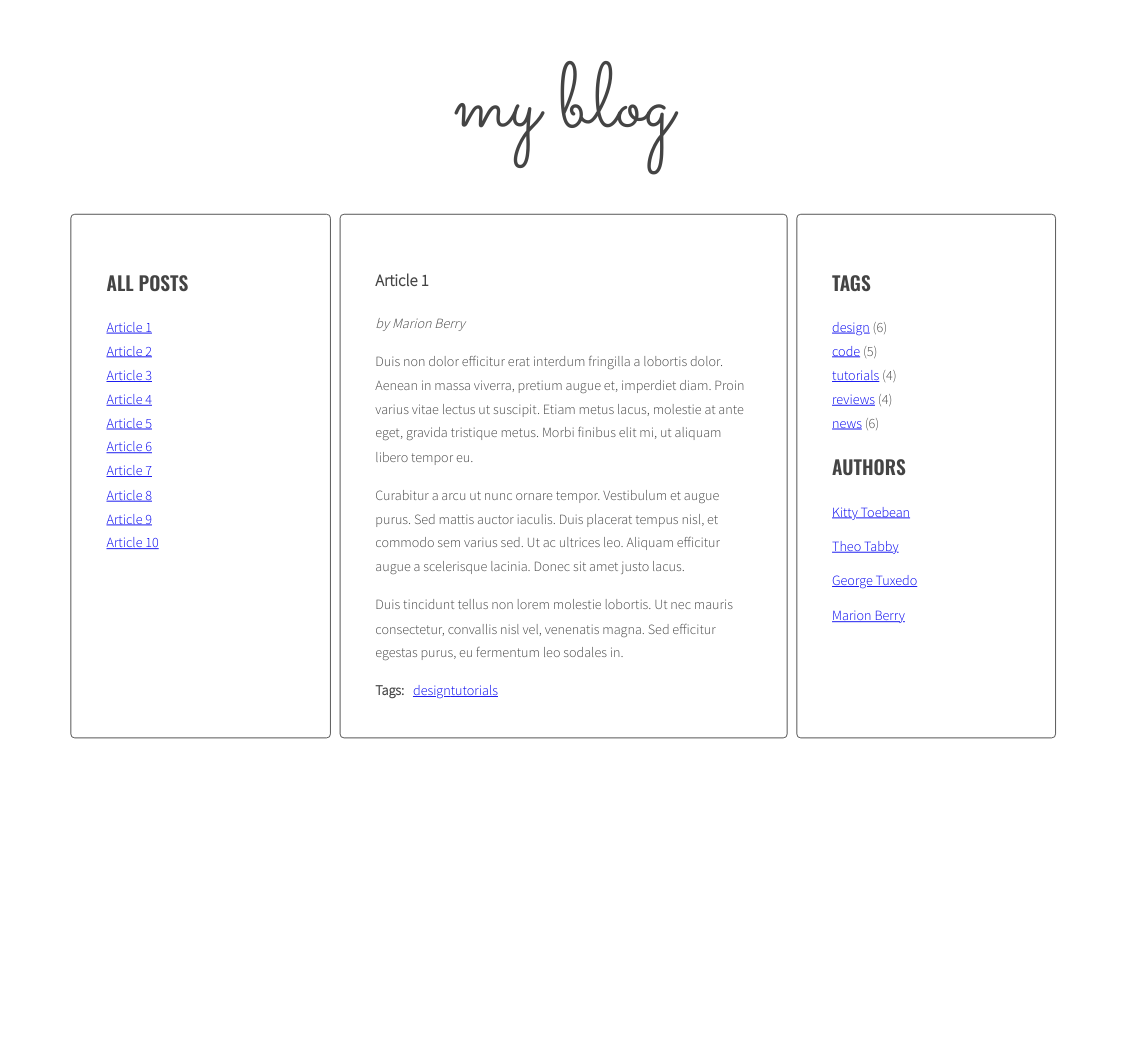
Repository: ulasup/javascript-blog
Page: index.html
These files come from the project's save history. The page is drawn as it stood at one moment and after the next save; the edit follows.
The browser window is 1280 px wide. The pictures show the whole page, at 88% of full size.
The style sheet was rebuilt from its Sass, Less or Tailwind sources for each picture, by a compiler version that may differ from the author's.

Above is the page before, as saved 2020-12-19 13:50:25.

### index.html
<!DOCTYPE html>
<html  lang="en">
    <head>
        <meta charset="UTF-8">
        <title>Film blog</title>
        <link rel="stylesheet" href="css/style.css">
    </head>
    <body>
        <div class="blog">
            <div class="container">
              <h1 class="logo">my blog</h1>
              <main class="wrapper">
                <aside class="sidebar">
                  <h2 class="section-title">All posts</h2>
                  <ul class="list titles">
                  </ul>
                </aside>
                <section class="posts">
                  <article class="post active" id="article-1" data-tags="design tutorials">
                    <h3 class="post-title">Article 1</h3>
                    <p class="post-author">by Marion Berry</p>
                    <div class="post-content">
                      <p>Duis non dolor efficitur erat interdum fringilla a lobortis dolor. Aenean in massa viverra, pretium augue et, imperdiet diam. Proin varius vitae lectus ut suscipit. Etiam metus lacus, molestie at ante eget, gravida tristique metus. Morbi finibus elit mi, ut aliquam libero tempor eu.</p>
                      <p>Curabitur a arcu ut nunc ornare tempor. Vestibulum et augue purus. Sed mattis auctor iaculis. Duis placerat tempus nisl, et commodo sem varius sed. Ut ac ultrices leo. Aliquam efficitur augue a scelerisque lacinia. Donec sit amet justo lacus.</p>
                      <p>Duis tincidunt tellus non lorem molestie lobortis. Ut nec mauris consectetur, convallis nisl vel, venenatis magna. Sed efficitur egestas purus, eu fermentum leo sodales in.</p>
                    </div>
                    <div class="post-tags">
                      <p><strong>Tags:</strong></p>
                      <ul class="list list-horizontal">
                      </ul>
                    </div>
                  </article>
                  <article class="post" id="article-2" data-tags="news code">
                    <h3 class="post-title">Article 2</h3>
                    <p class="post-author">by Theo Tabby</p>
                    <div class="post-content">
                      <p>Phasellus sollicitudin, arcu vel iaculis ullamcorper, quam leo viverra orci, et faucibus quam sapien vel est. Maecenas ac suscipit elit. Nullam interdum, lorem vitae venenatis pulvinar, ex dui malesuada nunc, tempus cursus enim metus vel nulla.</p>
                      <p>Integer hendrerit, eros id efficitur dapibus, ante arcu ullamcorper orci, a iaculis felis turpis at purus. Quisque sodales posuere sapien vel consectetur. Duis dui urna, commodo non ante nec, mattis dictum enim. Donec aliquam erat sed diam lobortis, vel gravida lacus laoreet. Phasellus pretium maximus mi, eu posuere justo suscipit vel.</p>
                      <p>Nam magna nisl, varius in malesuada vitae, facilisis vel metus. Proin rhoncus euismod leo dictum lobortis. Suspendisse non ante sapien.</p>
                    </div>
                    <div class="post-tags">
                      <p><strong>Tags:</strong></p>
                      <ul class="list list-horizontal">
                      </ul>
                    </div>
                  </article>
                  <article class="post" id="article-3" data-tags="news reviews design">
                    <h3 class="post-title">Article 3</h3>
                    <p class="post-author">by George Tuxedo</p>
                    <div class="post-content">
                      <p>Mauris vel pellentesque turpis, ac sodales nisl. Quisque iaculis mi velit, ut convallis tellus accumsan a. Quisque iaculis, nisi et dignissim tincidunt, nisl eros euismod nulla, finibus laoreet erat enim posuere elit.</p>
                      <p>Aenean at semper urna. Duis vel sapien molestie, egestas diam consequat, molestie nulla. Praesent a malesuada metus. Praesent et tempus leo.</p>
                      <p>Mauris in eleifend neque, vitae eleifend velit. Maecenas purus est, bibendum eget imperdiet id, dictum sed ante. Aenean a magna et eros sagittis aliquet.</p>
                    </div>
                    <div class="post-tags">
                      <p><strong>Tags:</strong></p>
                      <ul class="list list-horizontal">
                      </ul>
                    </div>
                  </article>
                  <article class="post" id="article-4" data-tags="tutorials code design">
                    <h3 class="post-title">Article 4</h3>
                    <p class="post-author">by Kitty Toebean</p>
                    <div class="post-content">
                      <p>Morbi vel cursus nulla, vel varius mauris. Suspendisse sed elit sit amet risus faucibus vestibulum ut sit amet purus. Donec orci est, condimentum ut quam quis, scelerisque fringilla ligula.</p>
                      <p>Quisque bibendum nisl id quam sagittis, id pretium dolor scelerisque. Suspendisse non odio nec velit dapibus placerat non a libero.</p>
                      <p>Vivamus at tristique ex, feugiat sagittis ex. Cras cursus, ipsum et efficitur commodo, urna sapien rutrum magna, quis sodales justo ligula eget nunc. In hac habitasse platea dictumst.</p>
                    </div>
                    <div class="post-tags">
                      <p><strong>Tags:</strong></p>
                      <ul class="list list-horizontal">
                      </ul>
                    </div>
                  </article>
                  <article class="post" id="article-5" data-tags="design reviews">
                    <h3 class="post-title">Article 5</h3>
                    <p class="post-author">by Marion Berry</p>
                    <div class="post-content">
                      <p>Suspendisse sem eros, euismod condimentum arcu ac, consequat fermentum orci. Nam convallis lacus nec interdum vestibulum. Vestibulum luctus, quam eu tristique ornare, lorem nibh sodales enim, vitae tempor dolor ante vitae tortor.</p>
                      <p>Duis venenatis metus quis luctus lobortis. In porttitor ipsum eget ligula aliquam ornare. Cras malesuada urna id volutpat sodales.</p>
                      <p>Donec lobortis ultricies turpis, eu viverra magna gravida quis. Fusce sit amet pretium nulla. Duis rutrum metus vel libero sodales, pellentesque varius ex pulvinar.</p>
                    </div>
                    <div class="post-tags">
                      <p><strong>Tags:</strong></p>
                      <ul class="list list-horizontal">
                      </ul>
                    </div>
                  </article>
                  <article class="post" id="article-6" data-tags="reviews code">
                    <h3 class="post-title">Article 6</h3>
                    <p class="post-author">by George Tuxedo</p>
                    <div class="post-content">
                      <p>Donec posuere iaculis ante sed hendrerit. Lorem ipsum dolor sit amet, consectetur adipiscing elit. Quisque hendrerit neque nec urna tincidunt, quis vehicula dui vulputate. Morbi est sapien, auctor ut lectus eu, placerat viverra lorem.</p>
                      <p>Cras consectetur at erat id accumsan. Suspendisse lacinia in nulla quis vulputate. Nunc vitae consectetur augue. Nam ut vehicula mi. Aliquam tristique, purus in hendrerit porta, elit lectus finibus mi, vel malesuada nisl lectus a libero.</p>
                      <p>Nam quis efficitur ante. Sed eget purus quis ex commodo porta eu sit amet dolor. Mauris tellus nisl, dictum nec est vitae, condimentum ornare ante. Fusce ornare hendrerit maximus. In maximus rhoncus justo.</p>
                    </div>
                    <div class="post-tags">
                      <p><strong>Tags:</strong></p>
                      <ul class="list list-horizontal">
                      </ul>
                    </div>
                  </article>
                  <article class="post" id="article-7" data-tags="code news">
                    <h3 class="post-title">Article 7</h3>
                    <p class="post-author">by Kitty Toebean</p>
                    <div class="post-content">
                      <p>Donec eleifend mauris ac nisl fermentum, ac fermentum turpis dignissim. Aliquam diam nisl, imperdiet a varius eget, lobortis sed nisi. Nullam suscipit ipsum sed magna blandit, sed pellentesque urna malesuada.</p>
                      <p>Duis vestibulum arcu et lectus viverra porta. Praesent tempor lacus eget quam mattis, sit amet venenatis diam ultrices. Morbi gravida sapien quis ligula tincidunt, vel sagittis erat ultrices.</p>
                      <p>Ut orci tellus, laoreet ac diam ut, tempus bibendum nisi. Nam egestas sagittis nibh. Curabitur tristique dui quis egestas pretium. Duis eu felis orci.</p>
                    </div>
                    <div class="post-tags">
                      <p><strong>Tags:</strong></p>
                      <ul class="list list-horizontal">
                      </ul>
                    </div>
                  </article>
                  <article class="post" id="article-8" data-tags="news design tutorials">
                    <h3 class="post-title">Article 8</h3>
                    <p class="post-author">by Theo Tabby</p>
                    <div class="post-content">
                      <p>Praesent quis imperdiet erat. Curabitur tempor sapien a interdum malesuada. Proin libero erat, sagittis a sollicitudin eget, pulvinar nec risus. Cras et suscipit sem.</p>
                      <p>Maecenas consequat diam nec sollicitudin congue. Aenean porttitor porttitor quam, condimentum interdum metus congue sed. Donec at nulla ipsum.</p>
                      <p>Mauris non congue dui. Aenean ac eros vitae massa vulputate aliquet ut ac elit. Morbi iaculis auctor nunc aliquet luctus. Nunc tincidunt sem dui, quis interdum leo pellentesque eget. Fusce id leo varius, imperdiet nunc vitae, tristique mi. Mauris quis interdum justo. Mauris auctor purus eu leo faucibus feugiat. Nulla at odio vitae leo semper blandit.</p>
                    </div>
                    <div class="post-tags">
                      <p><strong>Tags:</strong></p>
                      <ul class="list list-horizontal">
                      </ul>
                    </div>
                  </article>
                  <article class="post" id="article-9" data-tags="news tutorials">
                    <h3 class="post-title">Article 9</h3>
                    <p class="post-author">by Marion Berry</p>
                    <div class="post-content">
                      <p>Tam et facilisis purus. Donec vulputate est quis lobortis posuere. Nunc vitae lorem ut odio faucibus pulvinar nec in justo. Ut ut ante ac tellus ornare tempus. Nunc maximus, tortor et dictum convallis, nunc libero posuere leo, scelerisque ultrices arcu sapien ut tellus.</p>
                      <p>Fusce lacinia augue massa, non tincidunt tortor auctor quis. Vestibulum ut pretium nisl. Etiam id tellus tempus, commodo ligula vehicula, porta magna.</p>
                      <p>Donec fringilla blandit dolor vel aliquet. Fusce tortor sapien, lobortis eu vehicula sit amet, dignissim et lectus. In ullamcorper metus vel massa fermentum, at fermentum dui sollicitudin. Nullam lacinia elit vel tortor ullamcorper pulvinar.</p>
                    </div>
                    <div class="post-tags">
                      <p><strong>Tags:</strong></p>
                      <ul class="list list-horizontal">
                      </ul>
                    </div>
                  </article>
                  <article class="post" id="article-10" data-tags="code design news reviews">
                    <h3 class="post-title">Article 10</h3>
                    <p class="post-author">by George Tuxedo</p>
                    <div class="post-content">
                      <p>Aliquam erat volutpat. Ut non eleifend lectus. Donec suscipit tellus tempor, ornare dui id, hendrerit neque. Phasellus lacinia laoreet dui in luctus. Sed hendrerit, magna sit amet varius tempor, augue augue scelerisque est, non scelerisque mauris libero eu sapien.</p>
                      <p>Sed at sapien in quam sollicitudin aliquam. In interdum metus a mi porttitor luctus. Sed commodo, arcu id lacinia posuere, felis elit pharetra urna, at feugiat est orci sit amet libero. Quisque in nisl est. Nullam vehicula at lectus non luctus. Cras aliquam neque magna, at varius nisi egestas ut.</p>
                      <p>Rhoncus purus nulla, non auctor lacus placerat ut. Aliquam condimentum eget magna ac gravida. Etiam egestas faucibus urna et finibus. Cras vel tellus vel magna suscipit euismod. Maecenas id arcu ante. Duis iaculis scelerisque erat, at ullamcorper arcu consectetur eu. Fusce aliquam diam at arcu pharetra, vel fermentum nunc lobortis.</p>
                    </div>
                    <div class="post-tags">
                      <p><strong>Tags:</strong></p>
                      <ul class="list list-horizontal">
                      </ul>
                    </div>
                  </article>
                </section>
                <aside class="sidebar">
                  <h2 class="section-title">Tags</h2>
                  <ul class="list tags">
                    <li><a href="#">design</a> <span>(6)</span></li>
                    <li><a href="#">code</a> <span>(5)</span></li>
                    <li><a href="#">tutorials</a> <span>(4)</span></li>
                    <li><a href="#">reviews</a> <span>(4)</span></li>
                    <li><a href="#">news</a> <span>(6)</span></li>
                  </ul>
                  <h2 class="section-title">Authors</h2>
                  <ul class="list authors">
                    <li>
                      <a href="#">
                        <span class="author-name">Kitty Toebean</span>
                      </a>
                    </li>
                    <li>
                      <a href="#">
                        <span class="author-name">Theo Tabby</span>
                      </a>
                    </li>
                    <li>
                      <a href="#">
                        <span class="author-name">George Tuxedo</span>
                      </a>
                    </li>
                    <li>
                      <a href="#">
                        <span class="author-name">Marion Berry</span>
                      </a>
                    </li>
                  </ul>
                </aside>
              </main>
            </div>
          </div>
    <script src="js/script.js"></script>
    </body>
</html>

### js/script.js
'use strict';

function titleClickHandler(event){
  event.preventDefault();

  const activeLinks = document.querySelectorAll('.titles a.active');
  for(let activeLink of activeLinks){
    activeLink.classList.remove('active');
  }

  const clickedElement = this;
  clickedElement.classList.add('active');

  const activeArticles = document.querySelectorAll('.post.active');
  for(let activeArticle of activeArticles){
    activeArticle.classList.remove('active');
  }

  const attribute = clickedElement.getAttribute('href');
  const clickedArticles = document.querySelectorAll(attribute);
  for(let clickedArticle of clickedArticles){
    clickedArticle.classList.add('active');
  }
}

const optArticleSelector = '.post',
  optTitleSelector = '.post-title',
  optTitleListSelector = '.titles',
  optArticleTagsSelector = '.post-tags .list';

function generateTitleLinks(){

  const titleList = document.querySelector(optTitleListSelector);
  titleList.innerHTML = '';

  const articles = document.querySelectorAll(optArticleSelector);
  let html = '';
  for (let article of articles){
    const articleId = article.getAttribute('id');
    const articleTitle = article.querySelector(optTitleSelector).innerHTML;
    const linkHTML = '<li><a href="#' + articleId + '"><span>' + articleTitle + '</span></a></li>';
    html = html + linkHTML;
  }
  titleList.innerHTML = html;

  const links = document.querySelectorAll('.titles a');
  for(let link of links){
    link.addEventListener('click', titleClickHandler);
  }
}

generateTitleLinks();


function generateTags(){
  const articles = document.querySelectorAll(optArticleSelector);
  for (let article of articles){
    const tagList = article.querySelector(optArticleTagsSelector);
    let html = '';
    const articleTags = article.getAttribute('data-tags');
    const articleTagsArray = articleTags.split(' ');
    for (let tag of articleTagsArray){
      const linkHTML = '<li><a href="#tag-' + tag + '"><span>' + tag + '</span></a></li>';
      html = html + linkHTML;
    }
    tagList.innerHTML = html;
  }
}

generateTags();

### sass/style.scss
@import url('https://fonts.googleapis.com/css?family=Oswald:400,600|Sacramento|Source+Sans+Pro:300&subset=latin-ext');

/* Variables */

$color-light: #fff;
$color-dark: #444;

$font-logo: 'Sacramento', cursive;
$font-header: 'Oswald', sans-serif;
$font-text: 'Source Sans Pro', sans-serif;

/* Global */

*, *::before, *::after {
  box-sizing: border-box;
}

body {
  background: $color-light;
  font-family: $font-text;
  color: $color-dark;
  font-weight: 300;
  font-size: 16px;
  line-height: 1.7;
}

.container {
  max-width: 1140px;
  margin: 0 auto;
}

.section-title {
  font-size: 22px;
  text-transform: uppercase;
  font-family: $font-header;
  font-weight: 600;

  span {
    text-transform: none;
    font-weight: 400;
    color: lighten($color-dark, 20%);
  }
}

/* Layout */

.wrapper {
  display: flex;
  margin-left: 10px;
}

.sidebar {
  flex: 1 0 0;
}

.posts {
  flex: 2 0 0;
}

.sidebar, .posts {
  background: $color-light;
  margin-right: 10px;
  padding: 40px;
  border: 1px solid $color-dark;
  border-radius: 5px;
}

/* Logo */

.logo {
  font-family: $font-logo;
  font-weight: 400;
  font-size: 104px;
  line-height: 1;
  text-align: center;
}

/* Lists */

.list {
  list-style-type: none;
  margin: 0;
  padding: 0;

  .active {
    font-weight: bold;
  }
}

.list-horizontal {
  li {
    display: inline-block;
  }
}

/* Authors */

.authors {
  li {
    margin-bottom: 12px;
  }
}

/* Post */

.post {
  z-index: 1;
  position: absolute;
  opacity: 0;

  &.active {
    z-index: 2;
    position: relative;
    opacity: 1;
    transition: opacity 1s;
  }
}

.post-author {
  font-style: italic;
}

.post-tags {
  display: flex;

  p {
    margin: 0 10px 0 0;
  }
}

After the next save:
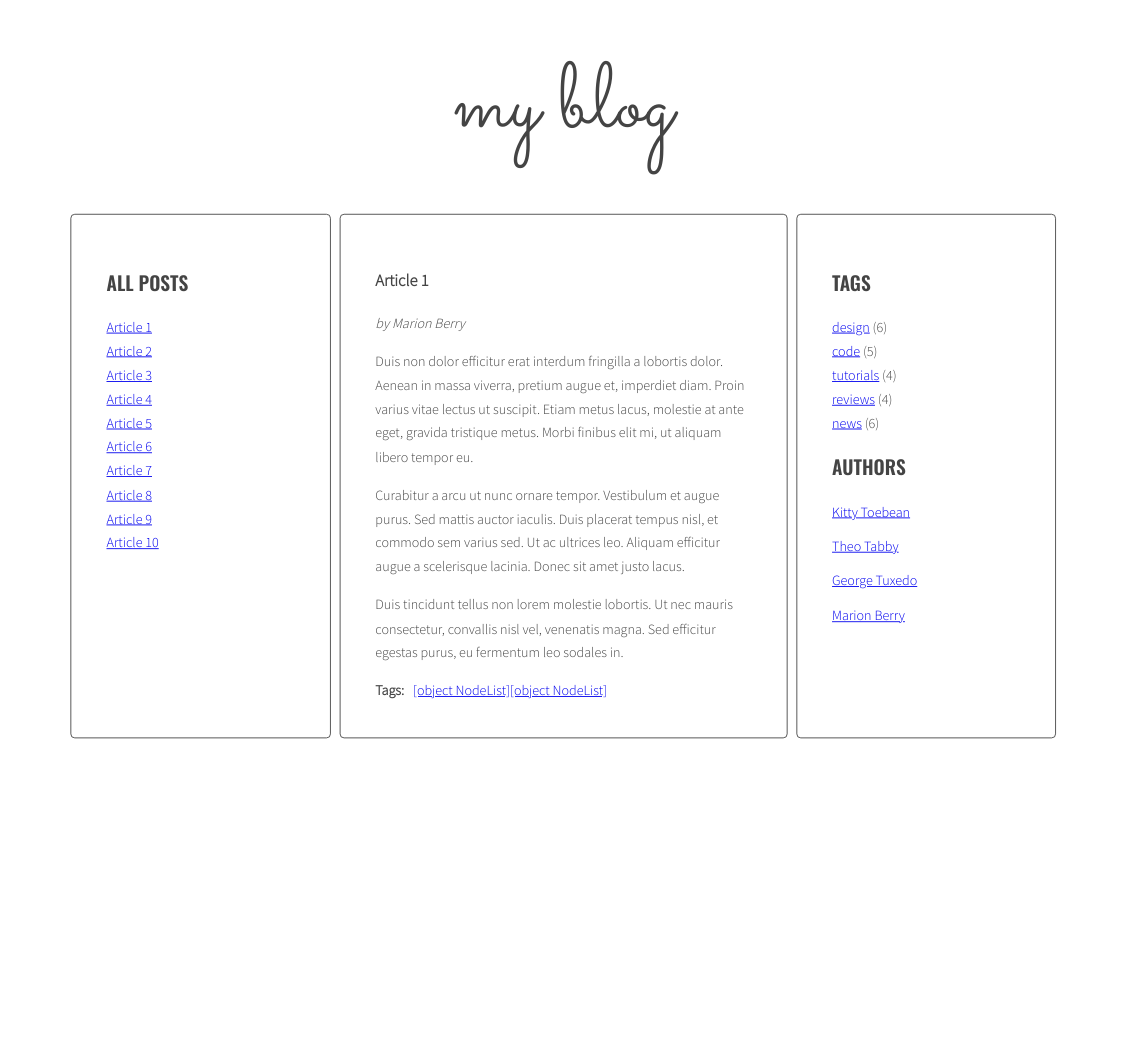
Saved 3 min 53 s later.
--- a/js/script.js
+++ b/js/script.js
@@ -59,8 +59,9 @@
     let html = '';
     const articleTags = article.getAttribute('data-tags');
     const articleTagsArray = articleTags.split(' ');
+    const tagTitle = article.querySelectorAll(articleTagsArray);
     for (let tag of articleTagsArray){
-      const linkHTML = '<li><a href="#tag-' + tag + '"><span>' + tag + '</span></a></li>';
+      const linkHTML = '<li><a href="#tag-' + tag + '"><span>' + tagTitle + '</span></a></li>';
       html = html + linkHTML;
     }
     tagList.innerHTML = html;
